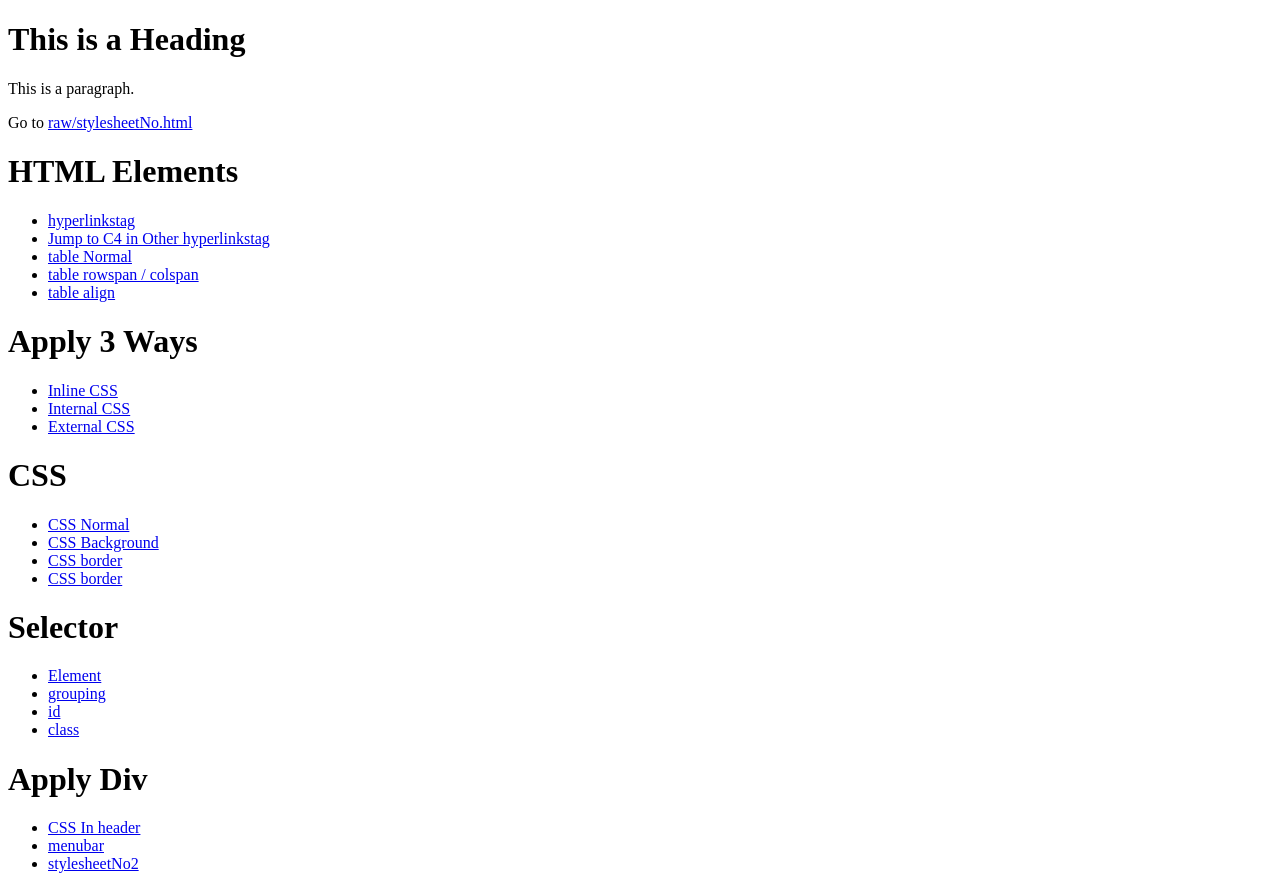
Repository: SanghunOh/learn_publising
Page: HtmlCss/WebContent/index.html
These files come from the project's save history. The page is drawn as it stood at one moment and after the next save; the edit follows.
The browser window is 1280 px wide. The pictures show the whole page.

Above is the page before, as saved 2018-05-07 02:46:45.

After the next save:
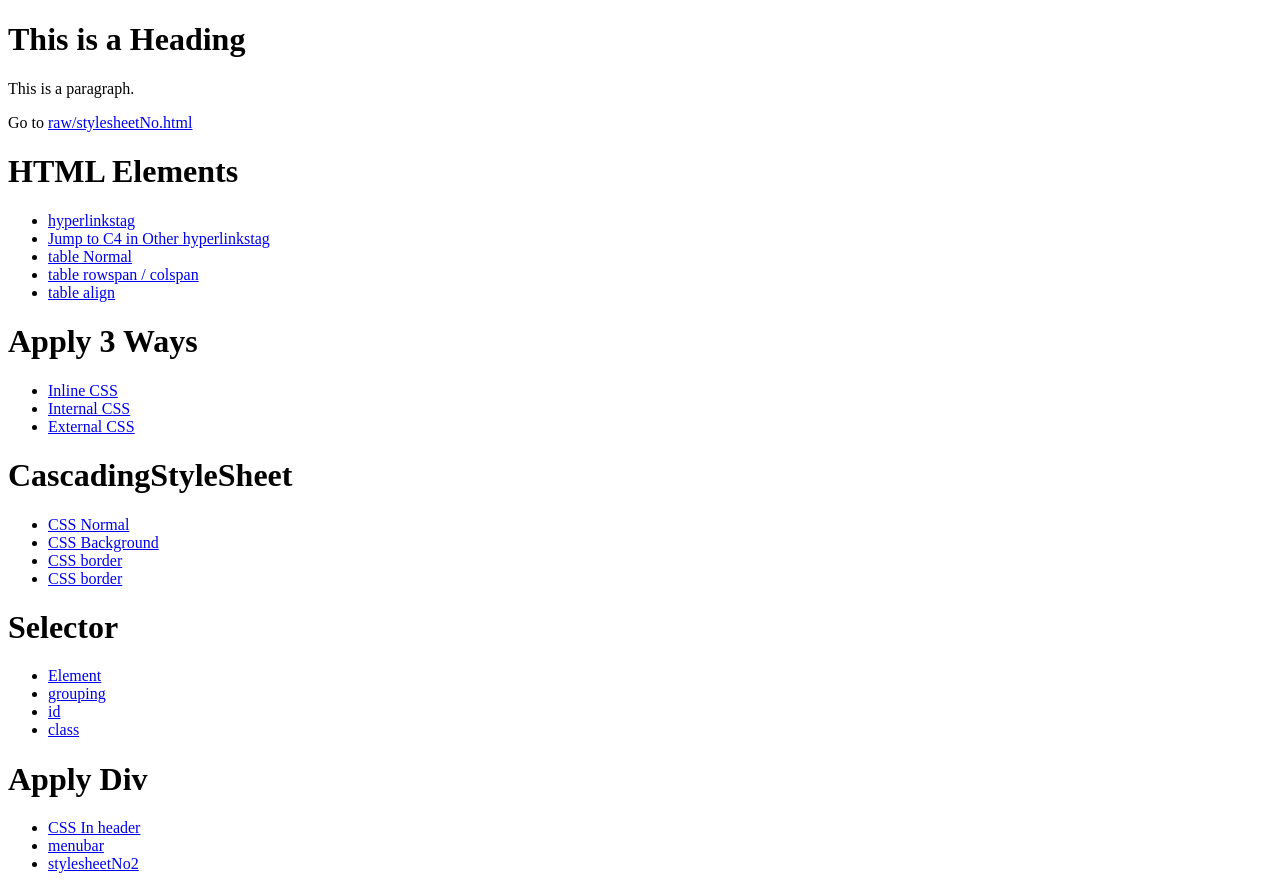
Saved 4 s later.
--- a/HtmlCss/WebContent/index.html
+++ b/HtmlCss/WebContent/index.html
@@ -27,7 +27,7 @@
 		<li><a href="3waysCSS/external.html">External CSS</a></li>
 	</ul>
 
-	<h1>CSS</h1>
+	<h1>CascadingStyleSheet</h1>
 	<ul>
 		<li><a href="CascadingStyleSheet/css_normal.html">CSS Normal</a></li>
 		<li><a href="CascadingStyleSheet/css_background.html">CSS Background</a></li>
